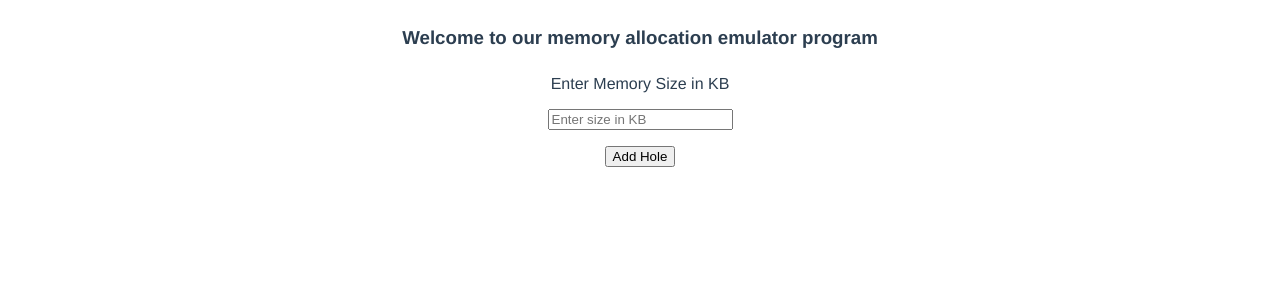
Repository: atout811/memory-allocation-project
Page: /
These files come from the project's save history. The page is drawn as it stood at one moment and after the next save; the edit follows.
The browser window is 1280 px wide. The pictures show the whole page.
The project was rebuilt for these pictures with package versions that can differ from the ones it lists, and the page was loaded fresh each time.

Above is the page before, as saved 2021-06-05 23:38:22.

### src/App.vue
<template>
  <h3>Welcome to our memory allocation emulator program</h3>
  <MemHole />
  <router-view />
</template>
<script>
import MemHole from "./views/MemoryAndHoles.vue";
export default {
  name: "App",
  components: { MemHole },
};
</script>
<style lang="scss">
#app {
  font-family: Avenir, Helvetica, Arial, sans-serif;
  -webkit-font-smoothing: antialiased;
  -moz-osx-font-smoothing: grayscale;
  text-align: center;
  color: #2c3e50;
  display: flex;
  flex-direction: column;
  align-items: center;
}
</style>

### src/router/index.js
import { createRouter, createWebHashHistory } from "vue-router";

const routes = [
  {
    path: "/",
    name: "Home",
  },
  {
    path: "/about",
    name: "About",
  },
];

const router = createRouter({
  history: createWebHashHistory(),
  routes,
});

export default router;

### src/views/MemoryAndHoles.vue
<template>
  <div class="memory">
    <span>Enter Memory Size in KB</span>
    <input type="text" placeholder="Enter size in KB" v-model="memorySize" />
  </div>
  <div class="holes">
    <input type="button" value="Add Hole" @click="handleClick" />
    <div v-for="(hole, index) in holes" :key="index">
      <span>Enter Hole start adress</span>
      <input
        type="text"
        placeholder="Enter Start address"
        v-model="holes[index].starting"
      />
      <span>Enter Hole size</span>
      <input
        type="text"
        placeholder="Enter hole size"
        v-model="holes[index].size"
      />
    </div>
  </div>
</template>
<script>
export default {
  name: "MemHole",
  data() {
    return {
      memorySize: "",
      holes: [],
    };
  },
  methods: {
    handleClick: function () {
      this.holes = [...this.holes, { starting: "", size: "" }];
    },
  },
};
</script>

<style scoped>
.memory {
  display: flex;
  flex-direction: column;
  max-width: 25%;
}
span {
  margin: 8px;
}
input {
  margin: 8px;
}
</style>

Loaded but not shown: public/index.html (common file); src/main.js (common file); src/store/index.js (common file)

After the next save:
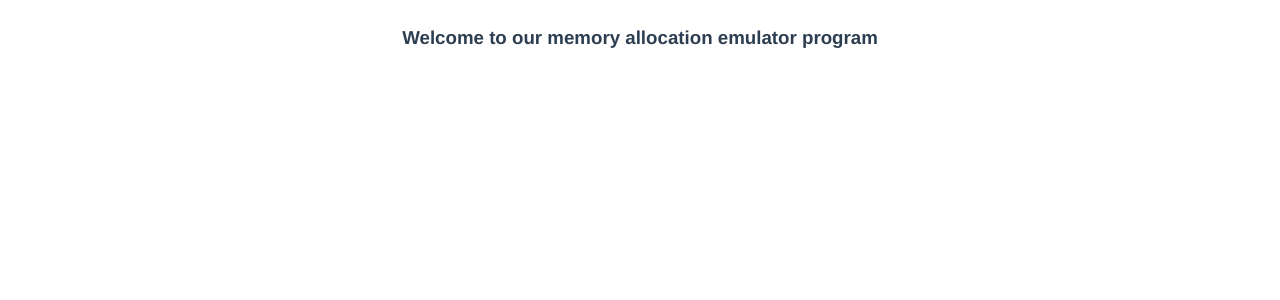
Console error: ReferenceError: holes is not defined
Saved 22 s later.
--- a/src/views/MemoryAndHoles.vue
+++ b/src/views/MemoryAndHoles.vue
@@ -25,6 +25,7 @@
 export default {
   name: "MemHole",
   data() {
+    console.log(holes);
     return {
       memorySize: "",
       holes: [],

After the save that followed:
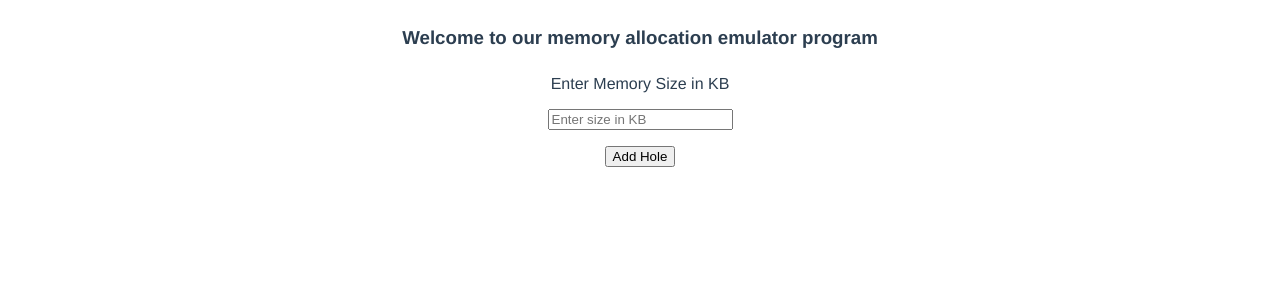
The error is gone.
Saved 10 s later.
--- a/src/views/MemoryAndHoles.vue
+++ b/src/views/MemoryAndHoles.vue
@@ -25,7 +25,6 @@
 export default {
   name: "MemHole",
   data() {
-    console.log(holes);
     return {
       memorySize: "",
       holes: [],
